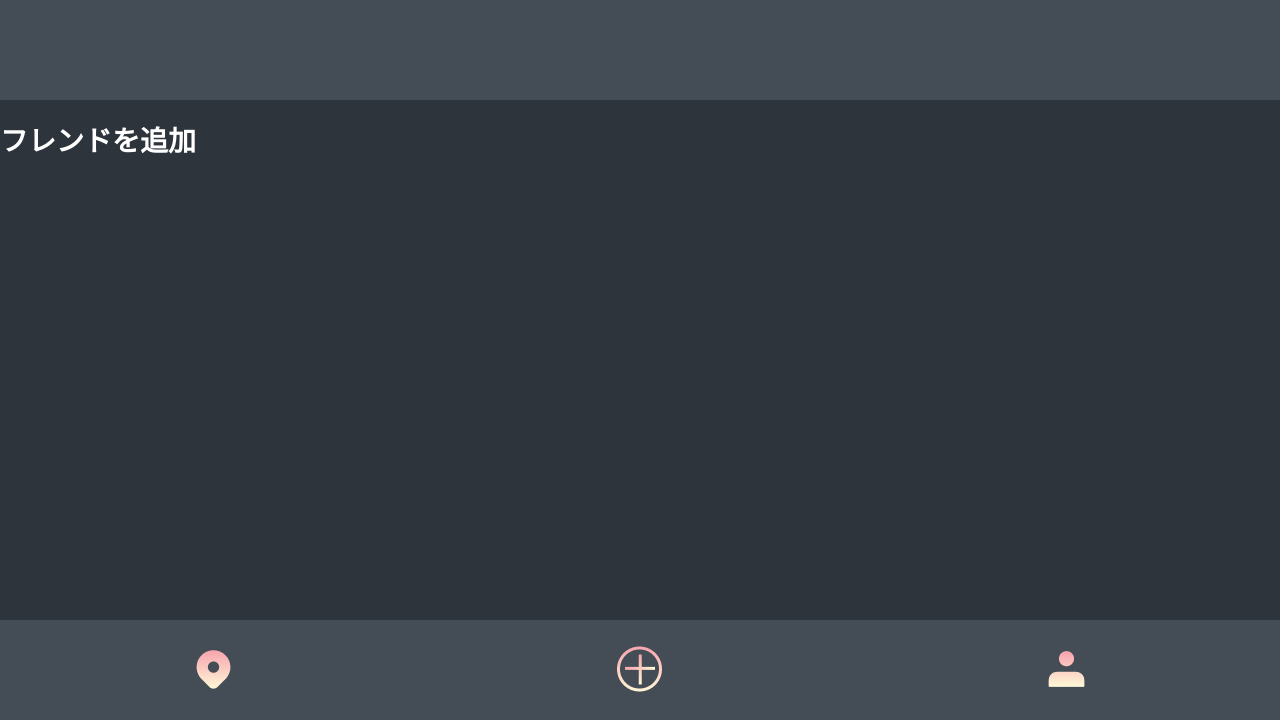
Repository: ren0714poo/respos
Page: addition.html
An editor plug-in stored every save of this project. The page is shown before and after the next save, followed by the edit.
The browser window is 1280 px wide. The pictures show the whole page.

Above is the page before, as saved 2025-07-17 14:29:22.

After the next save:
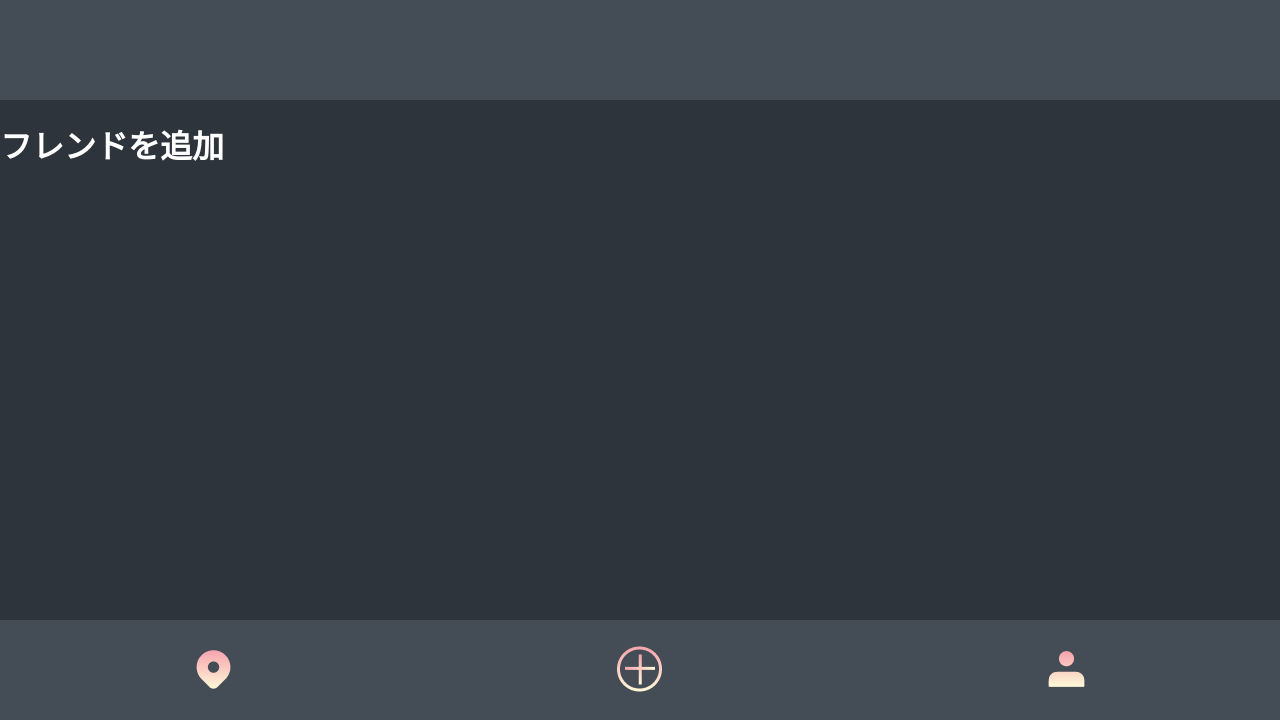
Saved 41 s later.
--- a/css/addition.css
+++ b/css/addition.css
@@ -36,7 +36,7 @@ main{
 }
 
 .addition{
-  font-size: 14px;
+  font-size: 16px;
 }
 
 
